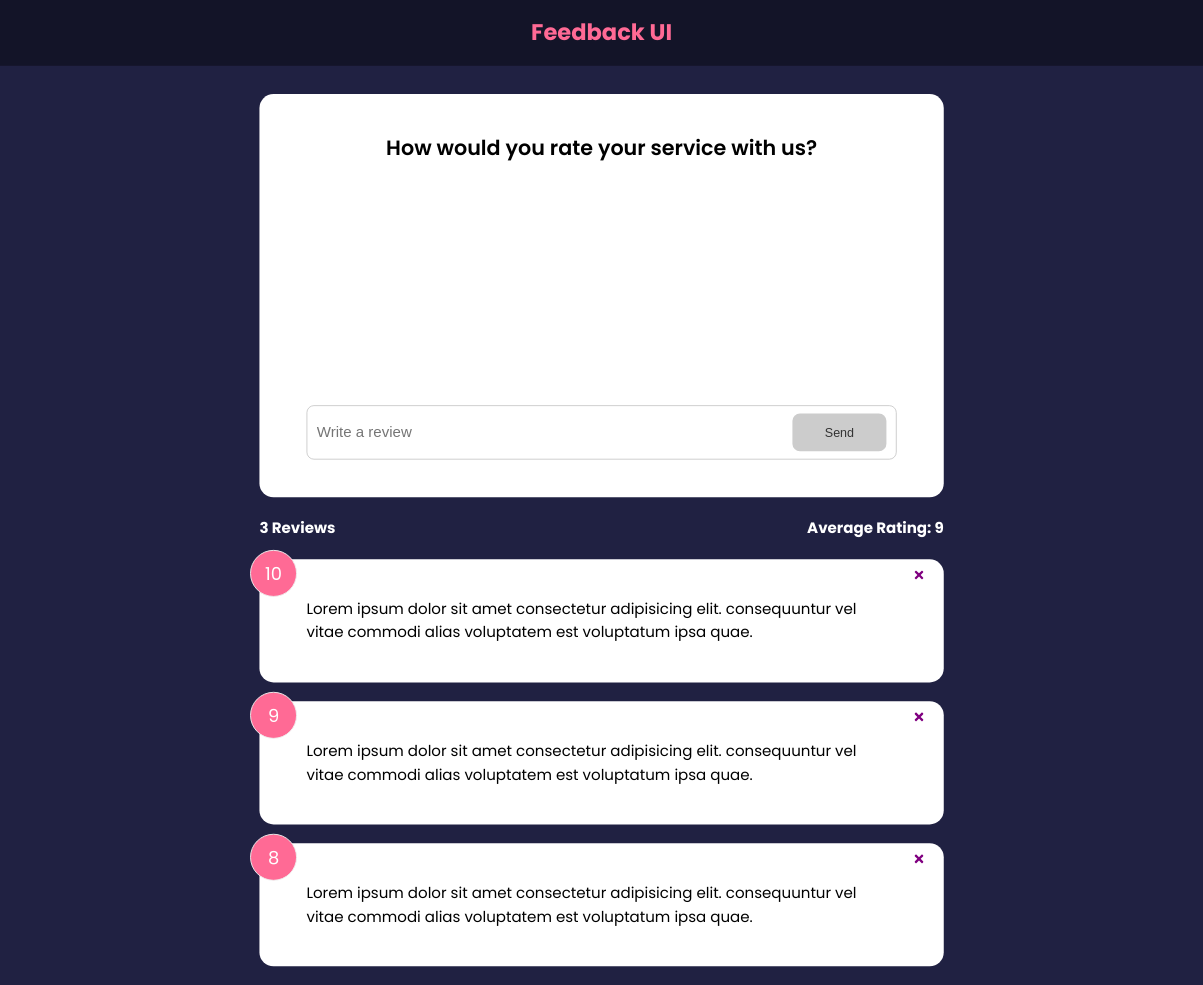
Repository: minhtien9/Feedback_App
Page: /
These files come from the project's save history. The page is drawn as it stood at one moment and after the next save; the edit follows.
The browser window is 1280 px wide. The pictures show the whole page, at 94% of full size.
The project was rebuilt for these pictures with package versions that can differ from the ones it lists, and the page was loaded fresh each time.

Above is the page before, as saved 2022-02-18 15:20:05.

### src/index.css
@import url('https://fonts.googleapis.com/css2?family=Poppins:wght@400;600;700&display=swap');

* {
    box-sizing: border-box;
    margin: 0;
    padding: 0;
}

body {
    font-family: 'Poppins', sans-serif;
    background-color: #202142;
    color: #fff;
    line-height: 1.6;
}

ul {
    list-style: none;
}

.container {
    max-width: 768px;
    margin: auto;
    padding: 0 20px;
}

header {
    height: 70px;
    width: 100%;
    display: flex;
    justify-content: space-between;
    align-items: center;
    margin-bottom: 30px;
}

.card {
    background-color: #fff;
    color: #333;
    border-radius: 15px;
    padding: 40px 50px;
    margin: 20px 0;
    position: relative;
}

.card.reverse {
    background-color: rgba(0, 0, 0, 0.4);
    color: #fff;
}

.card h2 {
    font-size: 22px;
    font-weight: 600;
    text-align: center;
}

.rating {
    display: flex;
    align-items: center;
    justify-content: space-around;
    margin: 30px 0 40px;
}

.rating li,
.num-display {
    position: relative;
    background: #f4f4f4;
    width: 50px;
    height: 50px;
    padding: 10px;
    text-align: center;
    border-radius: 50%;
    font-size: 19px;
    border: 1px #eee solid;
    transition: 0.3s;
}

.rating li label {
    position: absolute;
    top: 50%;
    left: 50%;
    width: 50px;
    height: 50px;
    padding: 10px;
    border-radius: 50%;
    transform: translate(-50%, -50%);
    cursor: pointer;
}

.rating li:hover,
.num-display {
    background: #ff6a95;
    color: #fff;
}

[type='radio'] {
    opacity: 0;
}

[type='radio']:checked ~ label {
    background: #ff6a95;
    color: #fff;
}

.input-group {
    display: flex;
    flex-direction: row;
    border: 1px solid #ccc;
    padding: 8px 10px;
    border-radius: 8px;
}

input {
    flex-grow: 2;
    border: none;
    font-size: 16px;
}

input:focus {
    outline: none;
}

.feedback-stats {
    color: #fff;
    display: flex;
    justify-content: space-between;
    align-items: center;
}

.num-display {
    position: absolute;
    top: -10px;
    left: -10px;
}

.close,
.edit {
    position: absolute;
    top: 10px;
    right: 20px;
    cursor: pointer;
    background: none;
    border: none;
}

.edit {
    right: 40px;
}

.btn {
    color: #fff;
    border: 0;
    border-radius: 8px;
    color: #fff;
    width: 100px;
    height: 40px;
    cursor: pointer;
}

.btn-primary {
    background-color: #202142;
}

.btn-secondary {
    background: #ff6a95;
}

.btn:hover {
    transform: scale(0.98);
    opacity: 0.9;
}

.btn:disabled {
    background-color: #cccccc;
    color: #333;
    cursor: auto;
}

.btn:disabled:hover {
    transform: scale(1);
    opacity: 1;
}

.message {
    padding-top: 10px;
    text-align: center;
    color: rebeccapurple;
}

/* FIX: Remove position: absolute to keep about icon at the bottom of the
 * document */
.about-link {
    display: flex;
    justify-content: flex-end;
}

/* FIX: Remove position: absolute to keep about icon at the bottom of the
 * document */
.about-link a {
    color: #fff;
    cursor: pointer;
}

.about-link a:hover {
    color: #ff6a95;
}

.about h1 {
    margin-bottom: 20px;
}

.about p {
    margin: 10px 0;
}

@media (max-width: 600px) {
    .rating li {
        margin: 10px 3px;
    }

    .rating {
        display: flex;
        align-items: center;
        justify-content: center;
        flex-wrap: wrap;
        margin: 30px 0 40px;
    }

    .input-group input {
        width: 80%;
    }
}

### src/App.js
import Header from './components/Header'

import FeedbackData from './data/FeedbackData'
import FeedbackList from './components/FeedbackList'

import { useState } from 'react'
import FeedbackStats from './components/FeedbackStats'
import FeedbackForm from './components/FeedbackForm'

function App() {
    const [feedback, setFeedback] = useState(FeedbackData)

    const deleteFeedback = (id) => {
        if (window.confirm('Are you sure you want to delete?')) {
            setFeedback(feedback.filter((item) => item.id !== id))
        }
    }
    return (
        <div className='App'>
            <Header />
            <div className='container'>
                <FeedbackForm />
                <FeedbackStats feedback={feedback} />
                <FeedbackList
                    feedback={feedback}
                    handeDelete={deleteFeedback}
                />
            </div>
        </div>
    )
}

export default App

### src/components/Header.jsx
import React from 'react'
import PropTypes from 'prop-types'

Header.propTypes = {
    text: PropTypes.string,
    bgColor: PropTypes.string,
    textColor: PropTypes.string,
}

Header.defaultProps = {
    text: 'Feedback UI',
    bgColor: 'rgba(0,0,0,0.4)',
    textColor: '#ff6a95',
}

function Header({ text, bgColor, textColor }) {
    const headerStyles = { background: bgColor, color: textColor }
    return (
        <header style={headerStyles}>
            <div className='container'>
                <h2>{text}</h2>
            </div>
        </header>
    )
}

export default Header

### src/data/FeedbackData.js
const FeedbackData = [
    {
        id: 1,
        rating: 10,
        text: 'Lorem ipsum dolor sit amet consectetur adipisicing elit. consequuntur vel vitae commodi alias voluptatem est voluptatum ipsa quae.',
    },
    {
        id: 2,
        rating: 9,
        text: 'Lorem ipsum dolor sit amet consectetur adipisicing elit. consequuntur vel vitae commodi alias voluptatem est voluptatum ipsa quae.',
    },
    {
        id: 3,
        rating: 8,
        text: 'Lorem ipsum dolor sit amet consectetur adipisicing elit. consequuntur vel vitae commodi alias voluptatem est voluptatum ipsa quae.',
    },
]

export default FeedbackData

### src/components/FeedbackList.jsx
import PropTypes from 'prop-types'
import FeedbackItem from './FeedbackItem'

FeedbackList.propTypes = {
    feedback: PropTypes.arrayOf(
        PropTypes.shape({
            id: PropTypes.number.isRequired,
            text: PropTypes.string.isRequired,
            rating: PropTypes.number.isRequired,
        })
    ),
}

function FeedbackList({ feedback, handeDelete }) {
    if (!feedback || feedback.length === 0) return <p>No Feedback Yet</p>
    return (
        <div className='feedback-list'>
            {feedback.map((item) => (
                <FeedbackItem
                    key={item.id}
                    item={item}
                    handeDelete={handeDelete}
                />
            ))}
        </div>
    )
}

export default FeedbackList

### src/components/FeedbackStats.jsx
import React from 'react'
import PropTypes from 'prop-types'

FeedbackStats.propTypes = {
    feedback: PropTypes.array.isRequired,
}

function FeedbackStats({ feedback }) {
    let average =
        feedback.reduce((acc, cur) => {
            return acc + cur.rating
        }, 0) / feedback.length

    average = average.toFixed(1).replace(/[.,]0$/, '')
    return (
        <div className='feedback-stats'>
            <h4>{feedback.length} Reviews</h4>
            <h4>Average Rating: {isNaN(average) ? 0 : average}</h4>
        </div>
    )
}

export default FeedbackStats

### src/components/FeedbackForm.jsx
import { useState } from 'react'
import Button from './UI/Button'
import Card from './UI/Card'
import RatingSelect from './RatingSelect'

FeedbackForm.propTypes = {}

function FeedbackForm(props) {
    const [text, setText] = useState('')
    const [btnDisabled, setBtnDisabled] = useState(true)
    const [message, setMessage] = useState('')

    const handleTextChange = (e) => {
        if (text === '') {
            setBtnDisabled(true)
            setMessage(null)
        } else if (text !== '' && text.trim().length <= 10) {
            setMessage('Text must be at least 10 characters')
            setBtnDisabled(true)
        } else {
            setBtnDisabled(false)
            setMessage(null)
        }
        setText(e.target.value)
    }
    return (
        <Card>
            <form>
                <h2>How would you rate your service with us?</h2>

                <RatingSelect />
                <div className='input-group'>
                    <input
                        onChange={handleTextChange}
                        type='text'
                        placeholder='Write a review'
                        value={text}
                    />
                    <Button type='submit' isDisabled={btnDisabled}>
                        Send
                    </Button>
                </div>
                {message && <div className='message'>{message}</div>}
            </form>
        </Card>
    )
}

export default FeedbackForm

### src/components/FeedbackItem.jsx
import { FaTimes } from 'react-icons/fa'
import PropTypes from 'prop-types'
import Card from './UI/Card'

FeedbackItem.propTypes = {
    item: PropTypes.object.isRequired,
}

function FeedbackItem({ item, handleDelete }) {
    return (
        <Card>
            <div className='num-display'>{item.rating}</div>
            <button onClick={() => handleDelete(item.id)} className='close'>
                <FaTimes color='purple' />
            </button>
            <div className='text-display'>{item.text}</div>
        </Card>
    )
}

export default FeedbackItem

### src/components/UI/Button.jsx
import React from 'react'
import PropTypes from 'prop-types'

Button.propTypes = {
    children: PropTypes.node.isRequired,
    version: PropTypes.string,
    type: PropTypes.string,
    isDisabled: PropTypes.bool,
}

Button.defaultProps = {
    version: 'primary',
    type: 'button',
    isDisabled: false,
}

function Button({ children, version, type, isDisabled }) {
    return (
        <button
            type={type}
            disabled={isDisabled}
            className={`btn btn-${version}`}
        >
            {children}
        </button>
    )
}

export default Button

### src/components/UI/Card.jsx
import React from 'react'
import PropTypes from 'prop-types'

Card.propTypes = {
    children: PropTypes.node.isRequired,
    reverse: PropTypes.bool,
}

Card.defaultProps = {
    reverse: false,
}

function Card({ children, reverse }) {
    return (
        <div
            className='card'
            style={{
                backgroundColor: reverse ? 'rgba(0,0,0,0.4)' : '#fff',
                color: reverse ? '#fff' : '#000',
            }}
        >
            {children}
        </div>
    )
}

export default Card

### src/components/RatingSelect.jsx
import { useState } from 'react'

function RatingSelect({ select }) {
    const [selected, setSelected] = useState(10)

    const handleChange = () => {}
    return (
        <ul>
            <li>
                <input
                    type='radio'
                    id='num1'
                    name='rating'
                    value='1'
                    onChange={handleChange}
                    checked={selected === 1}
                />
                <label htmlFor='num1'></label>
            </li>
            <li>
                <input
                    type='radio'
                    id='num2'
                    name='rating'
                    value='2'
                    onChange={handleChange}
                    checked={selected === 2}
                />
            </li>
            <li>
                <input
                    type='radio'
                    id='num3'
                    name='rating'
                    value='3'
                    onChange={handleChange}
                    checked={selected === 3}
                />
            </li>
            <li>
                <input
                    type='radio'
                    id='num4'
                    name='rating'
                    value='4'
                    onChange={handleChange}
                    checked={selected === 4}
                />
            </li>
            <li>
                <input
                    type='radio'
                    id='num5'
                    name='rating'
                    value='5'
                    onChange={handleChange}
                    checked={selected === 5}
                />
            </li>
            <li>
                <input
                    type='radio'
                    id='num6'
                    name='rating'
                    value='6'
                    onChange={handleChange}
                    checked={selected === 6}
                />
            </li>
            <li>
                <input
                    type='radio'
                    id='num7'
                    name='rating'
                    value='7'
                    onChange={handleChange}
                    checked={selected === 7}
                />
            </li>
            <li>
                <input
                    type='radio'
                    id='num8'
                    name='rating'
                    value='8'
                    onChange={handleChange}
                    checked={selected === 8}
                />
            </li>
            <li>
                <input
                    type='radio'
                    id='num9'
                    name='rating'
                    value='9'
                    onChange={handleChange}
                    checked={selected === 9}
                />
            </li>
            <li>
                <input
                    type='radio'
                    id='num10'
                    name='rating'
                    value='10'
                    onChange={handleChange}
                    checked={selected === 10}
                />
            </li>
        </ul>
    )
}

export default RatingSelect

Loaded but not shown: public/index.html (common file); src/index.js (common file)

After the next save:
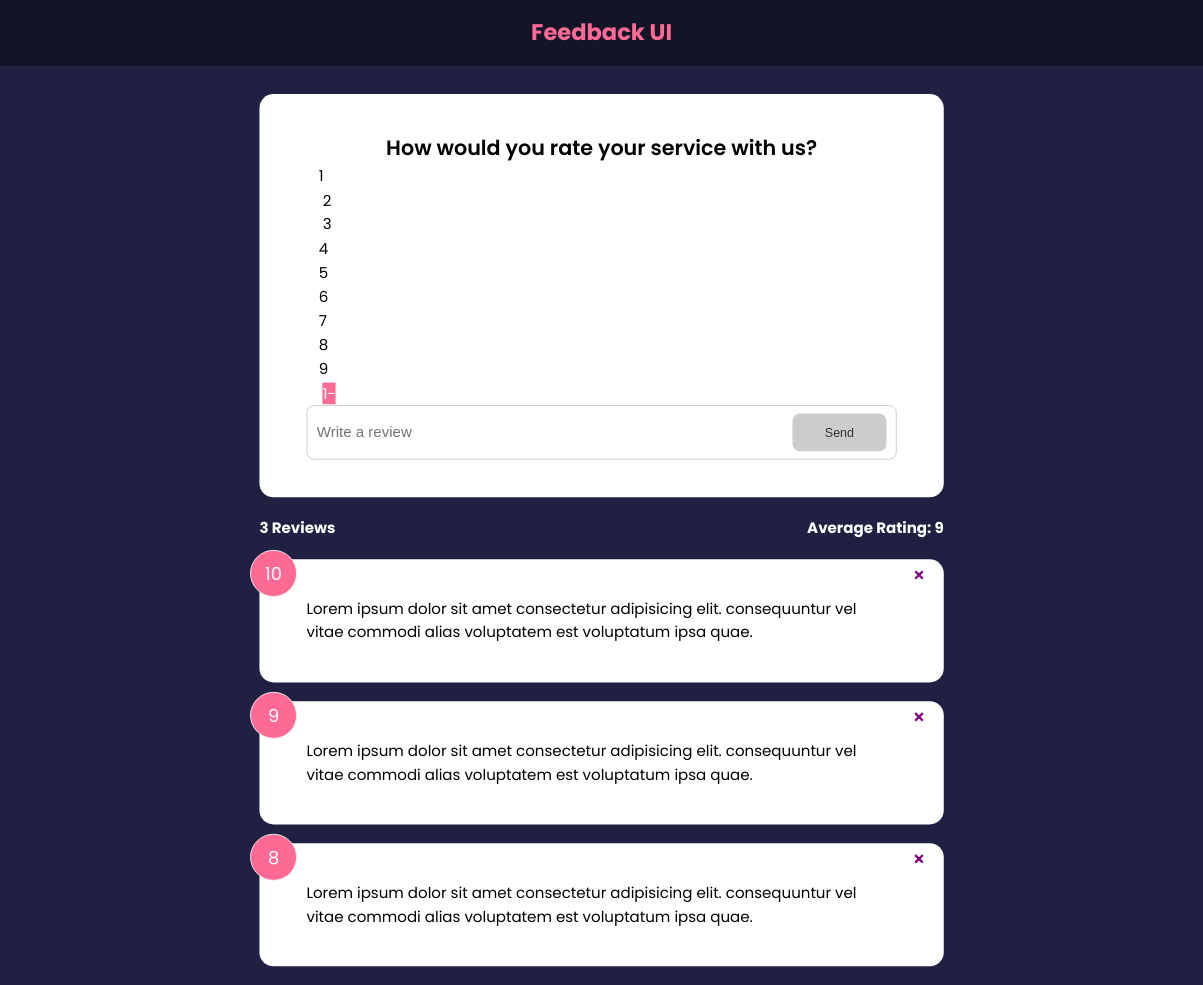
Saved 73 s later.
--- a/src/components/RatingSelect.jsx
+++ b/src/components/RatingSelect.jsx
@@ -15,7 +15,7 @@ function RatingSelect({ select }) {
                     onChange={handleChange}
                     checked={selected === 1}
                 />
-                <label htmlFor='num1'></label>
+                <label htmlFor='num1'>1</label>
             </li>
             <li>
                 <input
@@ -25,7 +25,8 @@ function RatingSelect({ select }) {
                     value='2'
                     onChange={handleChange}
                     checked={selected === 2}
-                />
+                />{' '}
+                <label htmlFor='num2'>2</label>
             </li>
             <li>
                 <input
@@ -35,7 +36,8 @@ function RatingSelect({ select }) {
                     value='3'
                     onChange={handleChange}
                     checked={selected === 3}
-                />
+                />{' '}
+                <label htmlFor='num3'>3</label>
             </li>
             <li>
                 <input
@@ -46,6 +48,7 @@ function RatingSelect({ select }) {
                     onChange={handleChange}
                     checked={selected === 4}
                 />
+                <label htmlFor='num4'>4</label>
             </li>
             <li>
                 <input
@@ -56,6 +59,7 @@ function RatingSelect({ select }) {
                     onChange={handleChange}
                     checked={selected === 5}
                 />
+                <label htmlFor='num5'>5</label>
             </li>
             <li>
                 <input
@@ -66,6 +70,7 @@ function RatingSelect({ select }) {
                     onChange={handleChange}
                     checked={selected === 6}
                 />
+                <label htmlFor='num6'>6</label>
             </li>
             <li>
                 <input
@@ -76,6 +81,7 @@ function RatingSelect({ select }) {
                     onChange={handleChange}
                     checked={selected === 7}
                 />
+                <label htmlFor='num7'>7</label>
             </li>
             <li>
                 <input
@@ -86,6 +92,7 @@ function RatingSelect({ select }) {
                     onChange={handleChange}
                     checked={selected === 8}
                 />
+                <label htmlFor='num8'>8</label>
             </li>
             <li>
                 <input
@@ -96,6 +103,7 @@ function RatingSelect({ select }) {
                     onChange={handleChange}
                     checked={selected === 9}
                 />
+                <label htmlFor='num9'>9</label>
             </li>
             <li>
                 <input
@@ -105,7 +113,8 @@ function RatingSelect({ select }) {
                     value='10'
                     onChange={handleChange}
                     checked={selected === 10}
-                />
+                />{' '}
+                <label htmlFor='num10'>1-</label>
             </li>
         </ul>
     )
